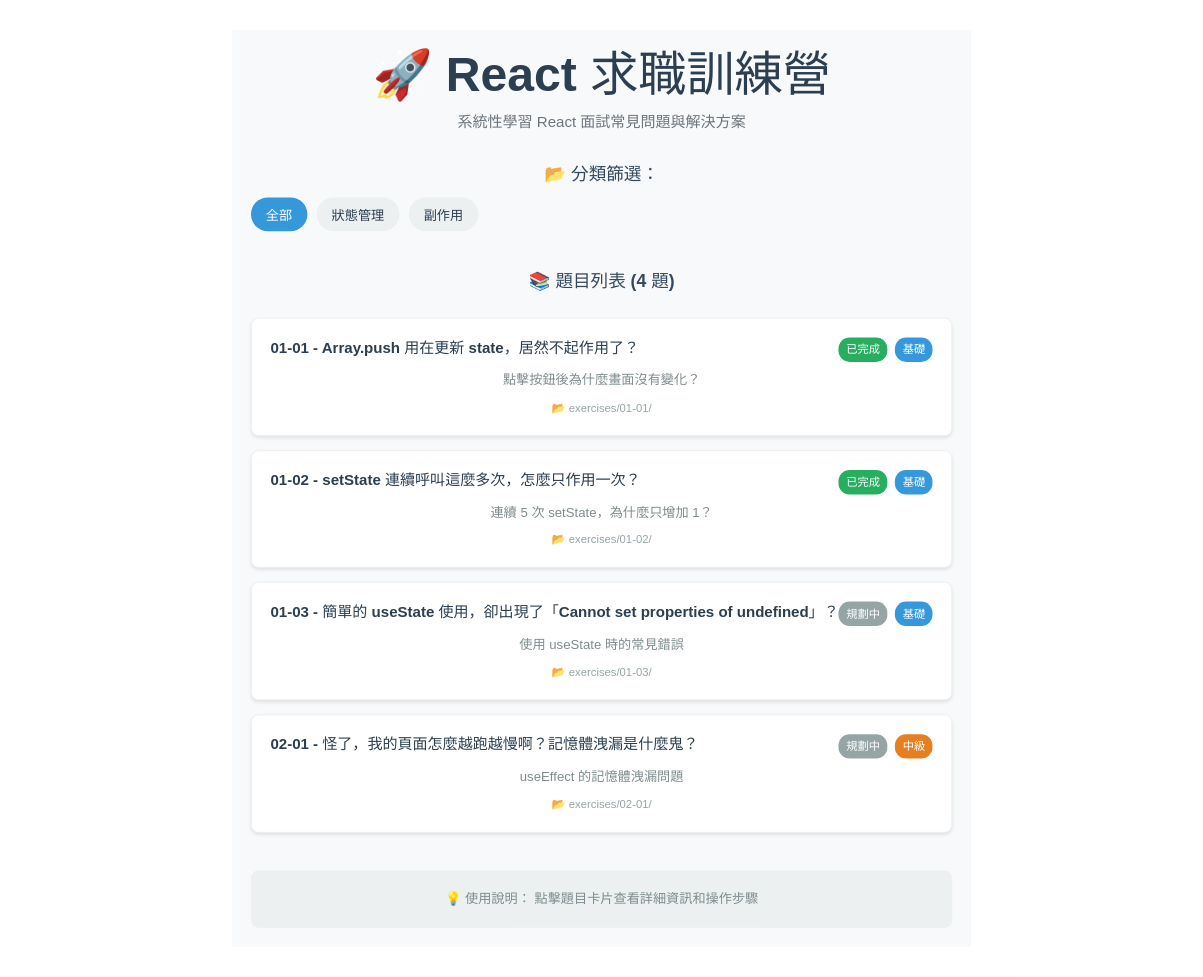
Repository: Jeffrey0117/React-Beginner-Challenges
Page: /
These files come from the project's save history. The page is drawn as it stood at one moment and after the next save; the edit follows.
The browser window is 1280 px wide. The pictures show the whole page, at 94% of full size.
The project was rebuilt for these pictures with package versions that can differ from the ones it lists, and the page was loaded fresh each time. Also part of the build but not shown: vite.config.js.

Above is the page before, as saved 2025-08-14 09:47:07.

After the next save:
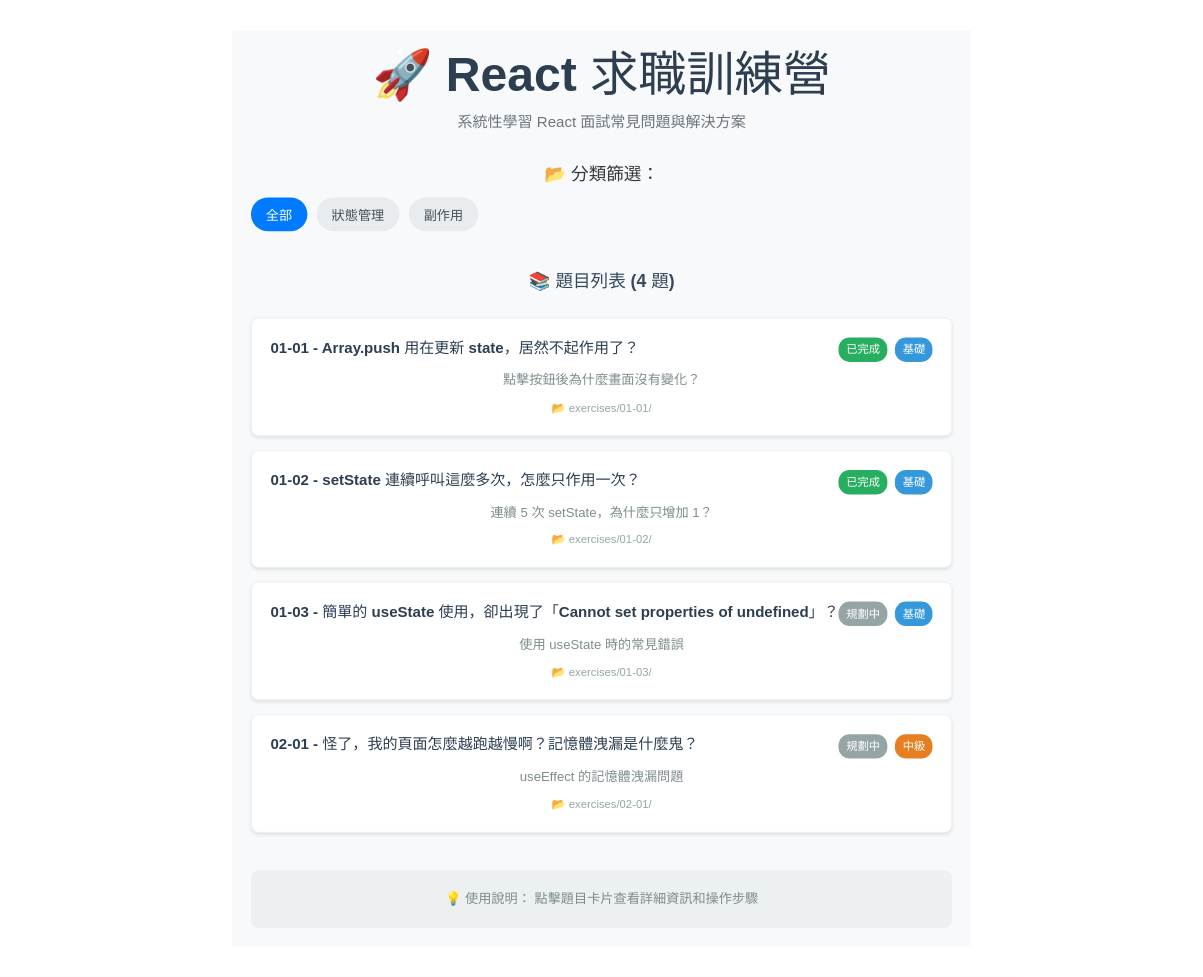
Saved 10 s later.
--- a/src/App.jsx
+++ b/src/App.jsx
@@ -137,21 +137,26 @@
 
       {/* 分類篩選 */}
       <div style={{ marginBottom: '20px' }}>
-        <h3 style={{ marginBottom: '10px', color: '#34495e' }}>📂 分類篩選：</h3>
+        <h3 style={{
+          marginBottom: '10px',
+          color: '#343a40',
+          textShadow: 'none'
+        }}>📂 分類篩選：</h3>
         <div style={{ display: 'flex', gap: '10px', flexWrap: 'wrap' }}>
           {categories.map(category => (
             <button
               key={category}
               onClick={() => setSelectedCategory(category)}
               style={{
-                backgroundColor: selectedCategory === category ? '#3498db' : '#ecf0f1',
-                color: selectedCategory === category ? 'white' : '#2c3e50',
+                backgroundColor: selectedCategory === category ? '#007bff' : '#e9ecef',
+                color: selectedCategory === category ? 'white' : '#495057',
                 padding: '8px 16px',
                 border: 'none',
                 borderRadius: '20px',
                 cursor: 'pointer',
                 fontSize: '14px',
-                transition: 'all 0.3s ease'
+                transition: 'all 0.3s ease',
+                textShadow: 'none'
               }}
             >
               {category}
